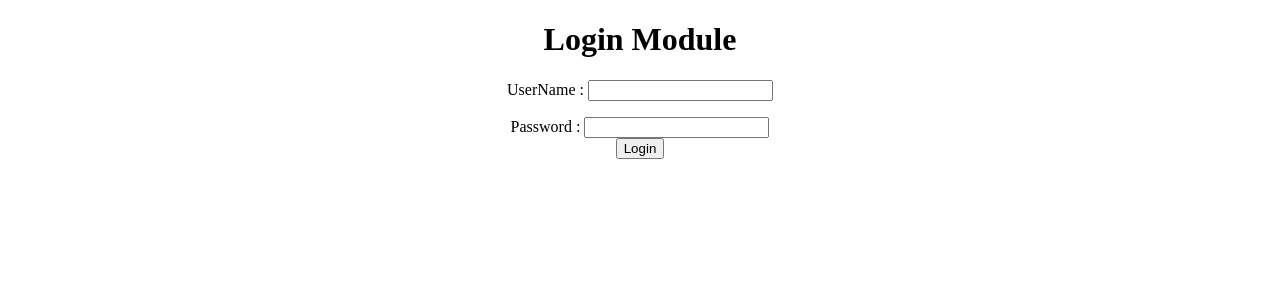
Repository: nishasirt/SimplilearnRepo1
Page: HelloWeb1/WebContent/requestdispatcher.html
An editor plug-in stored every save of this project. The page is shown before and after the next save, followed by the edit.
The browser window is 1280 px wide. The pictures show the whole page.

Above is the page before, as saved 2022-10-04 12:51:25.

### HelloWeb1/WebContent/requestdispatcher.html
<!DOCTYPE html>
<html>
<head>
<meta charset="ISO-8859-1">
<title>Insert title here</title>
</head>
<body>


<div  align="center">
<form action="LoginController"  method="post">

<h1>Login Module</h1>

UserName :  <input type="text"  name="username"><br/><p/>
Password :  <input type="text"  name="pass"><br/>

<input  type="submit"   value="Login">




</form>



</div>
</body>
</html>

After the next save:
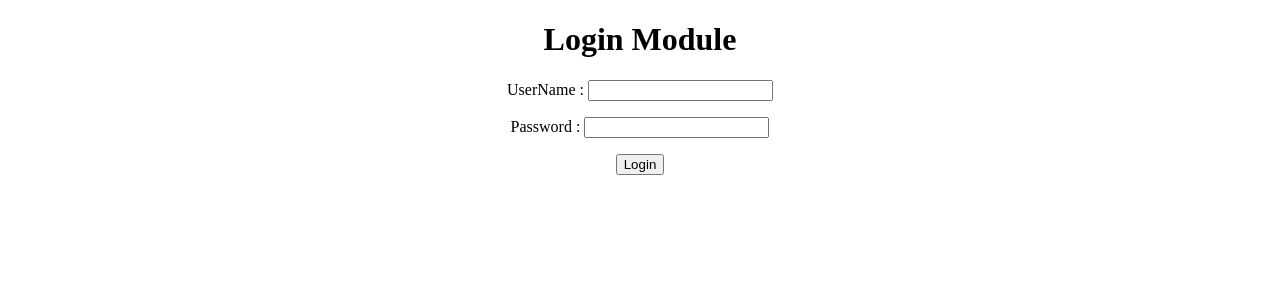
Saved 2 min 3 s later.
--- a/HelloWeb1/WebContent/requestdispatcher.html
+++ b/HelloWeb1/WebContent/requestdispatcher.html
@@ -13,7 +13,7 @@
 <h1>Login Module</h1>
 
 UserName :  <input type="text"  name="username"><br/><p/>
-Password :  <input type="text"  name="pass"><br/>
+Password :  <input type="password"  name="pass"><br/><p/>
 
 <input  type="submit"   value="Login">
 
